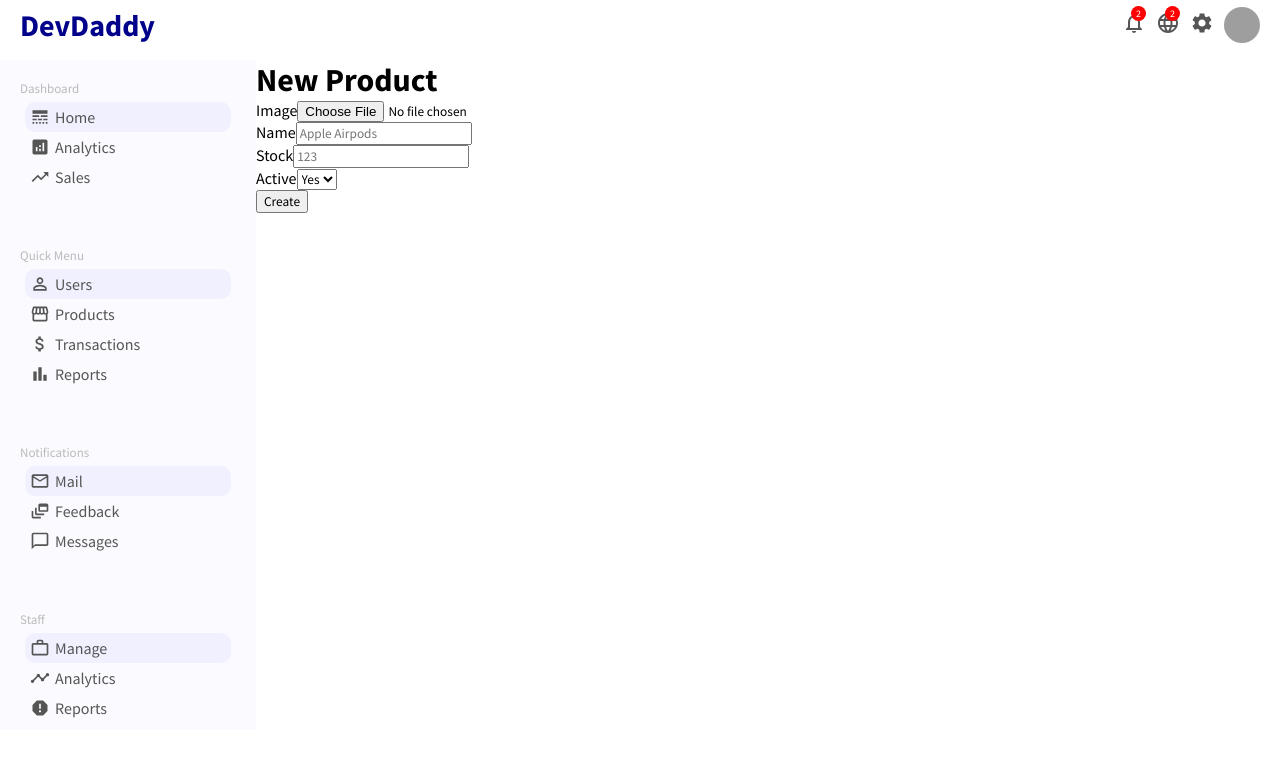
Repository: Marhamat92/react-admin-dashboard
Page: /newProduct
These files come from the project's save history. The page is drawn as it stood at one moment and after the next save; the edit follows.
The browser window is 1280 px wide. The pictures show the whole page.
Pictures or frames that could not be fetched are drawn as grey boxes. The project was rebuilt for these pictures with package versions that can differ from the ones it lists, and the page was loaded fresh each time. Also part of the build but not shown: src/pages/home/home.scss, src/components/featuredInfo/featuredInfo.scss, src/components/featuredInfo/FeaturedInfo.js, src/components/chart/chart.scss, src/components/chart/Chart.js, src/data/userData.js, src/components/widgetSm/widgetSm.scss, src/components/widgetSm/WidgetSm.js and 16 more.

Above is the page before, as saved 2023-02-13 22:12:34.

After the next save:
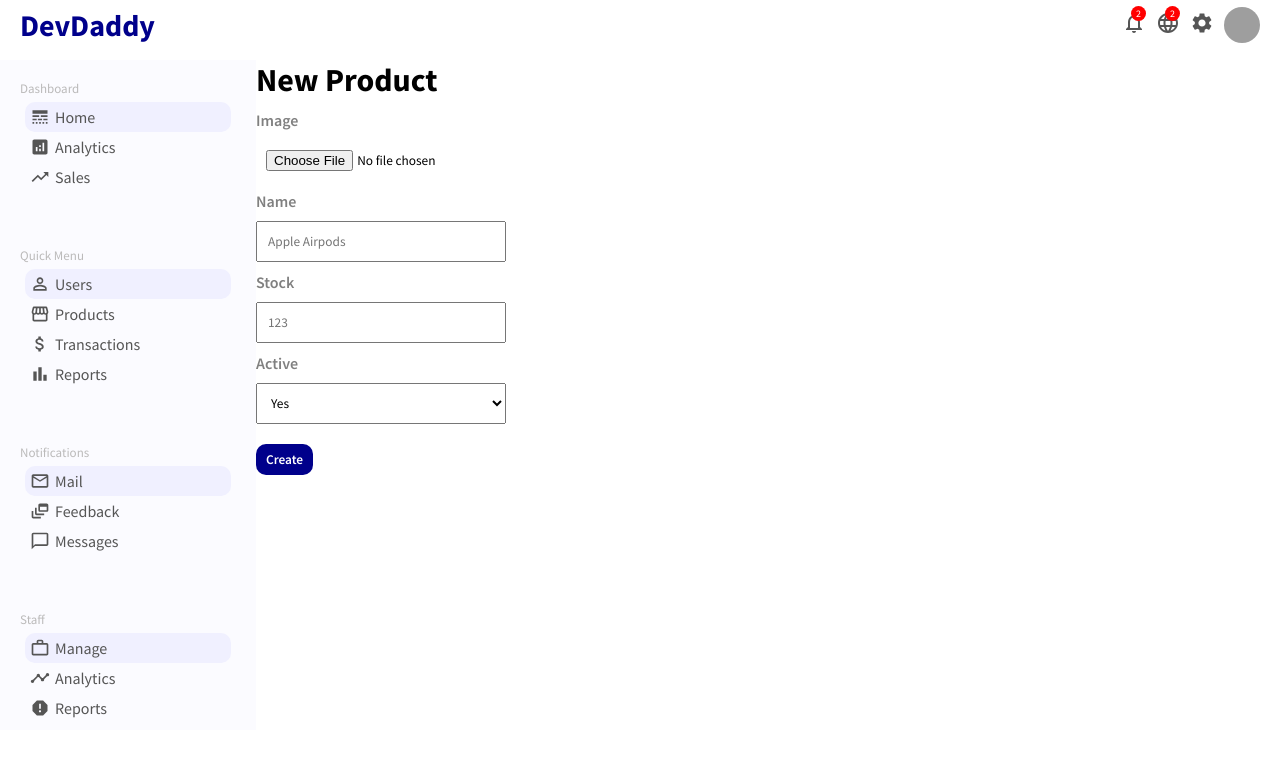
Saved 67 s later.
--- a/src/pages/newProduct/newProduct.scss
+++ b/src/pages/newProduct/newProduct.scss
@@ -1,3 +1,39 @@
 .newProduct{
   flex:4;
 }
+
+.addProductForm {
+  margin-top: 10px;
+}
+
+.addProductItem {
+  width: 250px;
+  display: flex;
+  flex-direction: column;
+  margin-bottom: 10px;
+}
+
+.addProductItem > label {
+  color: gray;
+  font-weight: 600;
+  margin-bottom: 10px;
+}
+
+.addProductItem > input {
+  padding: 10px;
+}
+
+.addProductItem > select {
+  padding: 10px;
+}
+
+.addProductButton {
+  margin-top: 10px;
+  padding: 7px 10px;
+  border: none;
+  border-radius: 10px;
+  background-color: darkblue;
+  color: white;
+  font-weight: 600;
+  cursor: pointer;
+}
